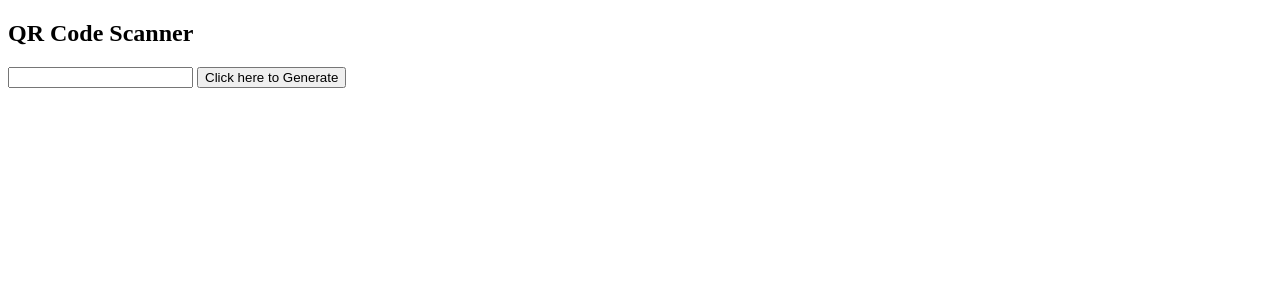
Repository: JunaidAnsari202/QR-Scanner
Page: index.html
The author's editor kept a copy of each file at every save. The page is drawn from the files as they stood at one save, then again after a run of saves.
The browser window is 1280 px wide. The pictures show the whole page.

Above is the page before, as saved 2024-10-12 12:06:39.

### index.html
<!DOCTYPE html>
<html lang="en">
<head>
    <meta charset="UTF-8">
    <meta name="viewport" content="width=device-width, initial-scale=1.0">
    <title>Document</title>
</head>
<body>
    <div class="qr-container">
        <h2>QR Code Scanner</h2>
        <input type="text" id="qr-input">
        <button id="qr-button">Click here to Generate </button>
        <img src="" alt="" id="qr-img">
    </div>
</body>
<script src="scripit.js"></script>
</html>

Loaded but not shown: scripit.js (no copy from this time; the picture is the same without it)

After the next 4 saves:
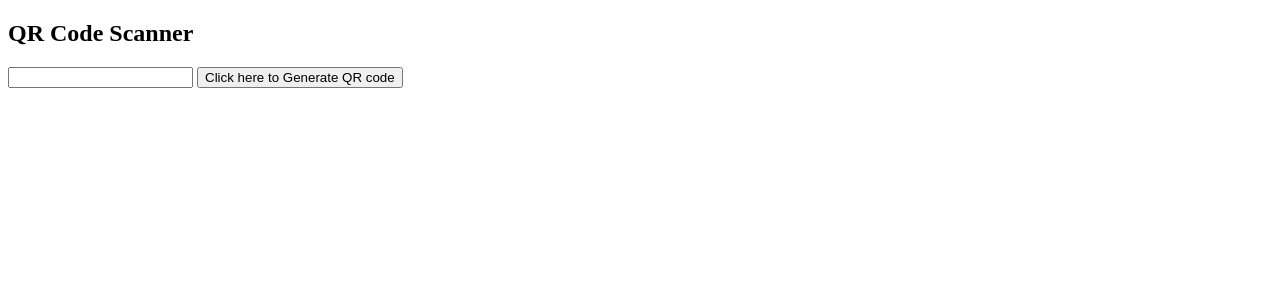
The 4 saves are shown as one change because they came seconds apart.
The last was saved 7 s later.
--- a/index.html
+++ b/index.html
@@ -9,7 +9,7 @@
     <div class="qr-container">
         <h2>QR Code Scanner</h2>
         <input type="text" id="qr-input">
-        <button id="qr-button">Click here to Generate </button>
+        <button id="qr-button">Click here to Generate QR code</button>
         <img src="" alt="" id="qr-img">
     </div>
 </body>
